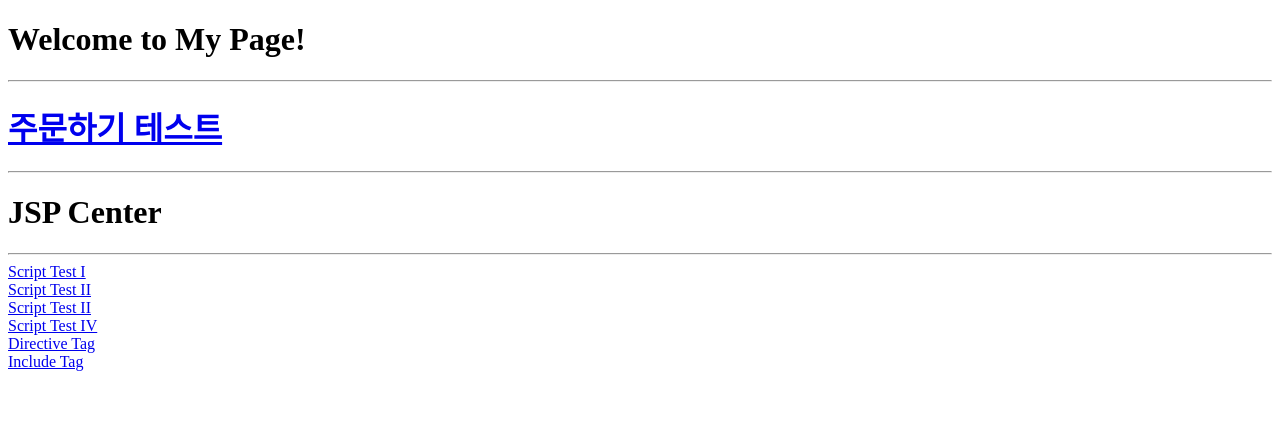
Repository: zxcvne/1400_web_nhs
Page: 05_jsp/src/web/src/main/webapp/index.html
An editor plug-in stored every save of this project. The page is shown before and after the next save, followed by the edit.
The browser window is 1280 px wide. The pictures show the whole page.

Above is the page before, as saved 2025-10-26 05:50:33.

### 05_jsp/src/web/src/main/webapp/index.html
<!DOCTYPE html>
<html>
<head>
<meta charset="UTF-8">
<title>Welcome</title>
</head>
<body>
	<h1>Welcome to My Page!</h1>
	<hr>
	<h1><a href="/web/order.html">주문하기 테스트</a></h1>
	<hr>
	<h1>JSP Center</h1>
	<hr>
	<a href="01_script_test.jsp">Script Test I</a> <br>
	<a href="02_script_test.jsp">Script Test II</a> <br>
	<a href="03_script_test.jsp">Script Test II</a> <br>
	<a href="04_script_test.jsp">Script Test IV</a> <br>
	<a href="05_directive.jsp">Directive Tag</a> <br>
	<a href="07_include.jsp">Include Tag</a> <br>
</body>
</html>

After the next save:
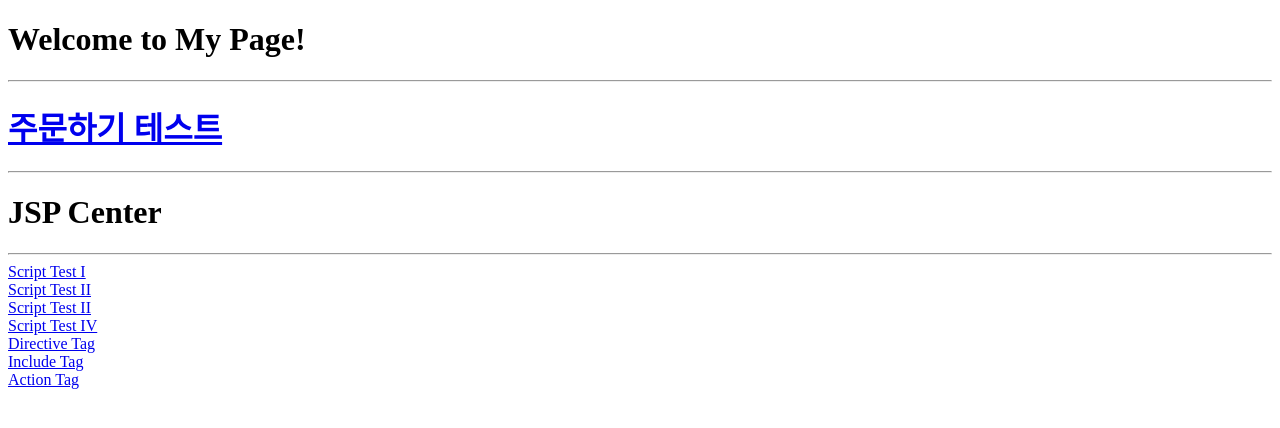
Saved 43 min 3 s later.
--- a/05_jsp/src/web/src/main/webapp/index.html
+++ b/05_jsp/src/web/src/main/webapp/index.html
@@ -17,5 +17,6 @@
 	<a href="04_script_test.jsp">Script Test IV</a> <br>
 	<a href="05_directive.jsp">Directive Tag</a> <br>
 	<a href="07_include.jsp">Include Tag</a> <br>
+	<a href="08_forward.jsp">Action Tag</a> <br>
 </body>
 </html>
